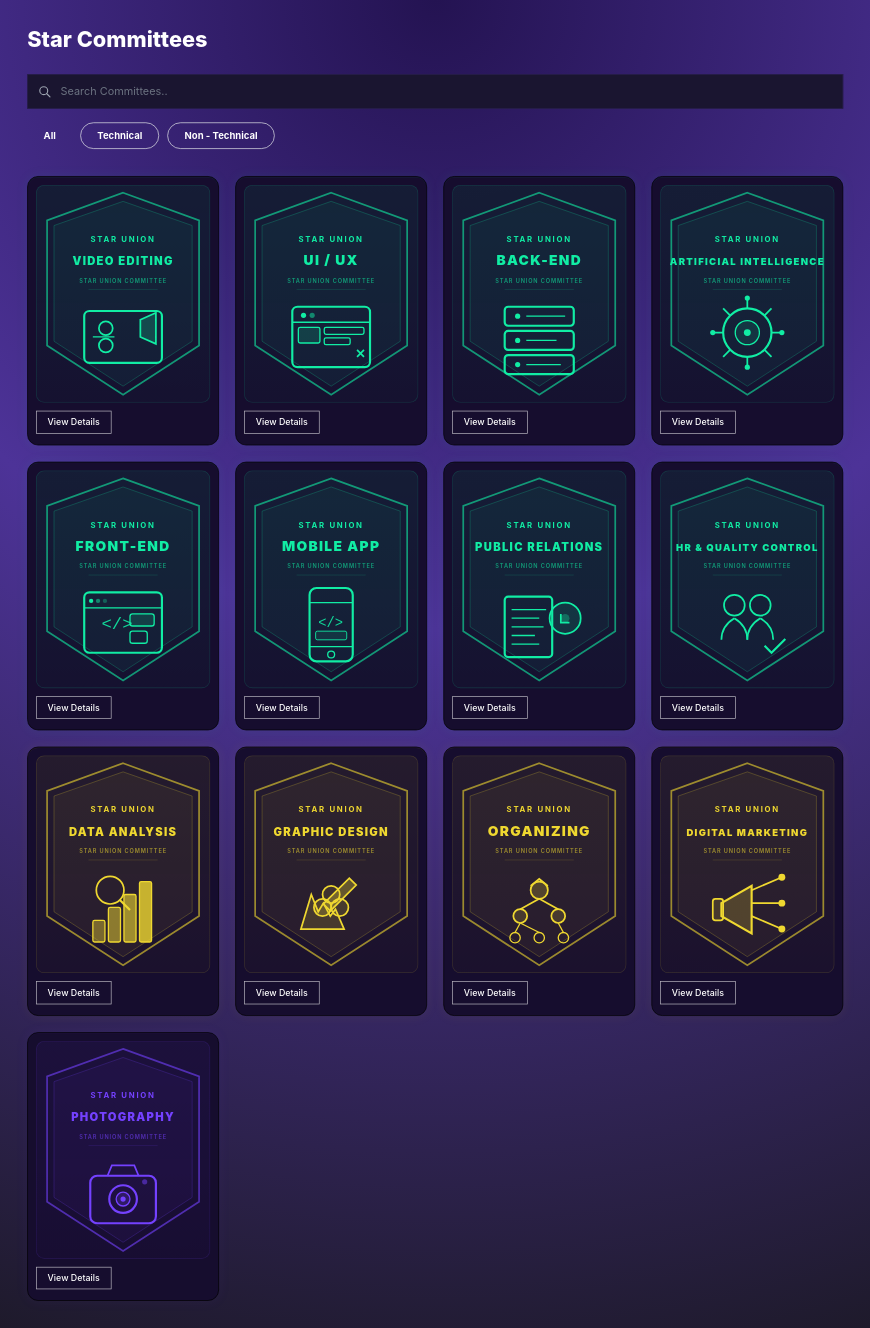
Repository: Frontend-Committee/StarUnion-Website
Page: /committees
These files come from the project's save history. The page is drawn as it stood at one moment and after the next save; the edit follows.
The browser window is 1280 px wide. The pictures show the whole page, at 68% of full size.
The project was rebuilt for these pictures with package versions that can differ from the ones it lists, and the page was loaded fresh each time. Also part of the build but not shown: vite.config.js, src/features/committees/pages/CommitteeDetailsPage.jsx, src/components/common/Navbar.jsx, src/components/common/Footer.jsx.

Above is the page before, as saved 2026-02-26 02:48:39.

After the next save:
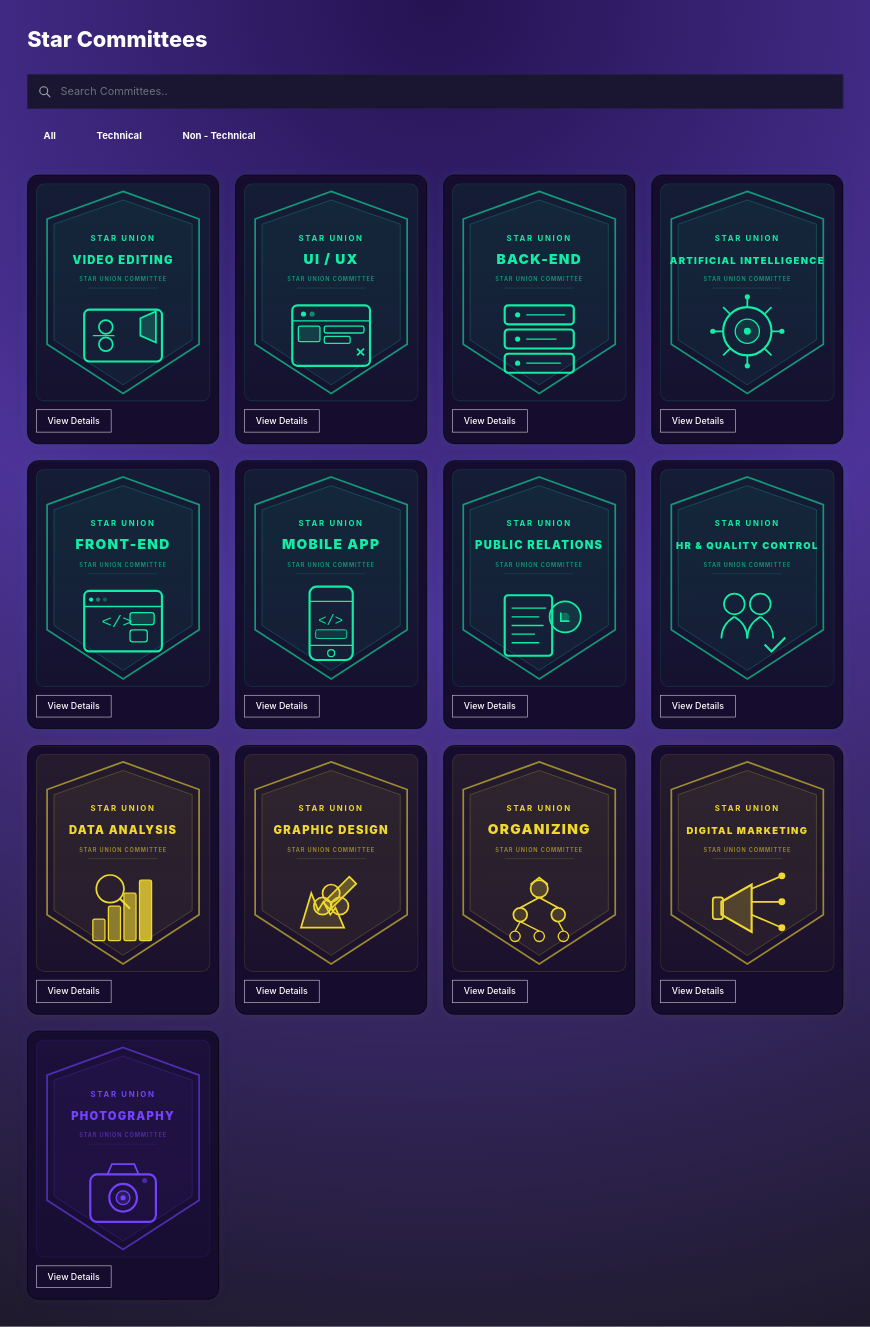
Saved 7 s later.
--- a/src/features/committees/pages/CommitteesPage.jsx
+++ b/src/features/committees/pages/CommitteesPage.jsx
@@ -78,7 +78,7 @@
                 className={`px-6 py-2 rounded-full text-[14px] font-bold transition-all duration-300 ${
                   activeFilter === tab.value
                     ? "bg-primary text-white"
-                    : "border  text-white hover:bg-white/10"
+                    : " text-white hover:bg-white/10"
                 }`}
               >
                 {tab.label}

After the save that followed:
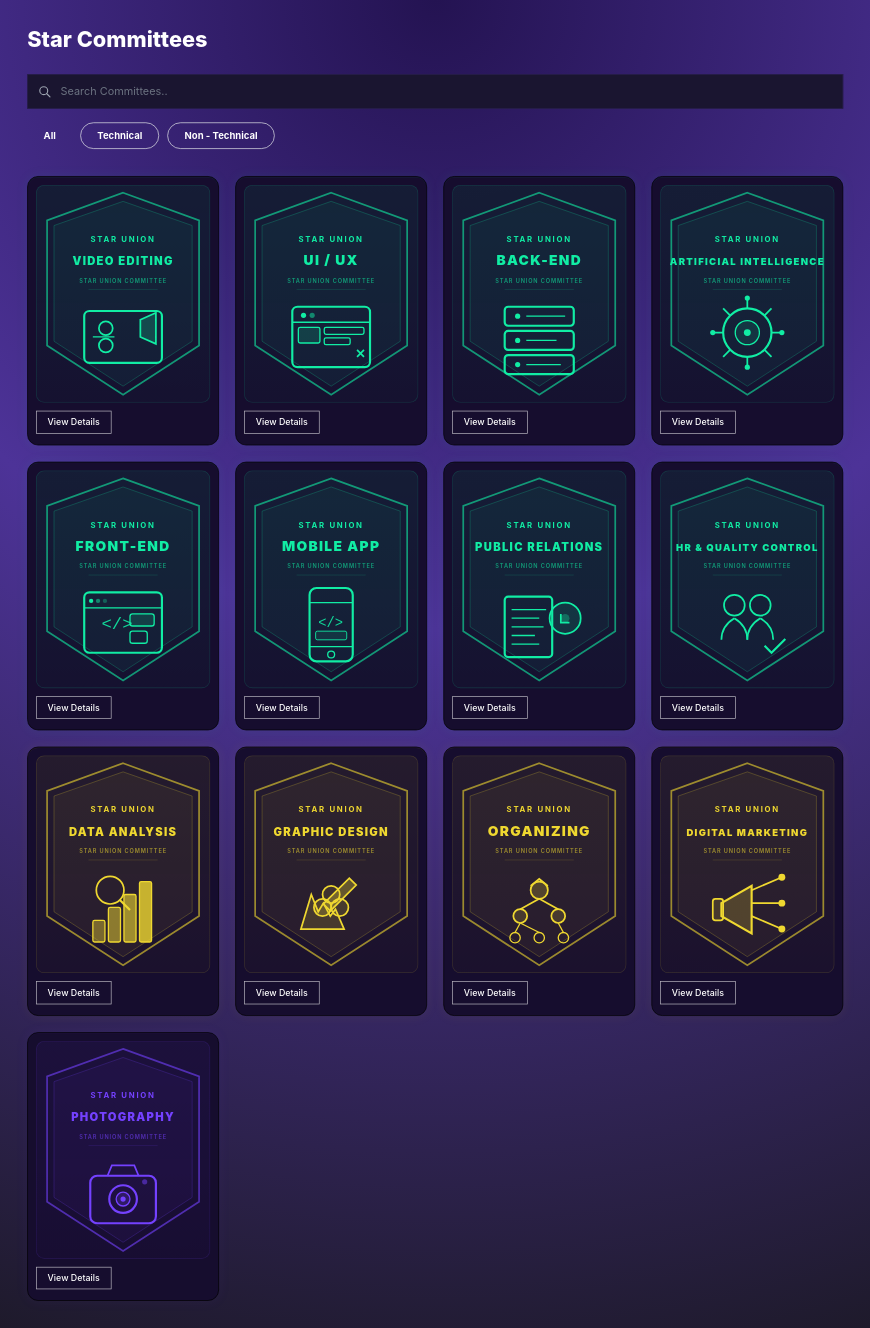
Saved 9 s later.
--- a/src/features/committees/pages/CommitteesPage.jsx
+++ b/src/features/committees/pages/CommitteesPage.jsx
@@ -78,7 +78,7 @@
                 className={`px-6 py-2 rounded-full text-[14px] font-bold transition-all duration-300 ${
                   activeFilter === tab.value
                     ? "bg-primary text-white"
-                    : " text-white hover:bg-white/10"
+                    : "border  text-white hover:bg-white/10"
                 }`}
               >
                 {tab.label}
